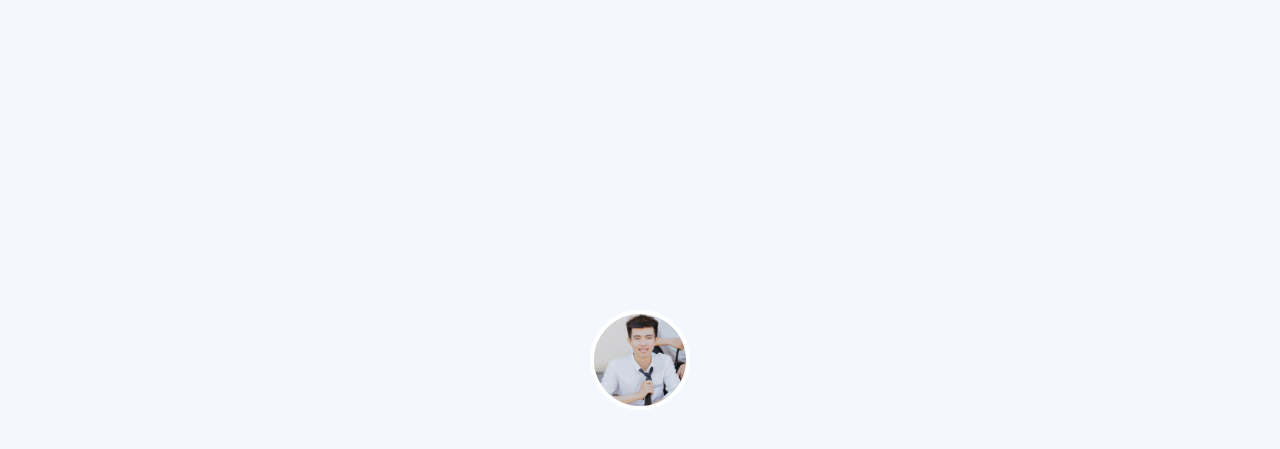
Repository: dinhhaidh/Profile
Page: index.html
These files come from the project's save history. The page is drawn as it stood at one moment and after a run of saves; the edit follows.
The browser window is 1280 px wide. The pictures show the whole page.
Some web libraries are served in a nearby version.

Above is the page before, as saved 2024-02-29 08:51:00.

### index.html
<!DOCTYPE html>
<html lang="en">
<head>
    <meta charset="UTF-8">
    <meta name="viewport" content="width=device-width, initial-scale=1.0">

    <!--=============== REMIXICONS ===============-->
    <link rel="stylesheet" href="https://cdnjs.cloudflare.com/ajax/libs/remixicon/4.0.1/remixicon.css">

    <!--=============== CSS ===============-->
    <link rel="stylesheet" href="style.css">

    <title>Profile card with tooltip</title>
</head>
<body>
    <div class="container">
        <article class="card__article">
            <div class="card__profile">
                <img src="./img/img.jpg" alt="image" class="card__profile-img">
            </div>


        </article>
    </div>
</body>
</html>

### style.css
/*=============== GOOGLE FONTS ===============*/
@import url("https://fonts.googleapis.com/css2?family=Syne:wght@400;500;600&display=swap");

/*=============== VARIABLES CSS ===============*/
:root {
    /*========== Colors ==========*/
    /*Color mode HSL(hue, saturation, lightness)*/
    --first-color: hsl(230, 100%, 50%);
    --second-color: hsl(150, 100%, 38%);
    --title-color: hsl(230, 24%, 12%);
    --text-color: hsl(230, 4%, 60%);
    --gray-color: hsl(230, 24%, 88%);
    --border-color: hsl(230, 4%, 92%);
    --body-color: hsl(230, 100%, 98%);
    --container-color: hsl(0, 0%, 100%);

    /*========== Font and typography ==========*/
    /*.5rem = 8px | 1rem = 16px ...*/
    --body-font: "Syne", sans-serif;
    --h2-font-size: 1.25rem;
    --normal-font-size: 1rem;
}

/*=============== BASE ===============*/
* {
    box-sizing: border-box;
    padding: 0;
    margin: 0;
}

body {
    font-family: var(--body-font);
    font-size: var(--normal-font-size);
    background-color: var(--body-color);
    color: var(--text-color);
}

a {
    text-decoration: none;
}

img {
    display: block;
    max-width: 100%;
    height: auto;
}

/*=============== CARD ===============*/
.container{
    height: 100vh;
    display: grid;
    place-items: center;
    margin-inline: 1.5rem;
    padding-block: 7rem;
}
.card__article{
    position: relative;
    align-items: flex-end;
    display: flex;
    justify-content: center;
}
.card__profile{
    width: 100px;
    height: 100px;
    background-color: var(--gray-color);
    border-radius: 50%;
    overflow: hidden;
    display:flex;
    align-items: flex-end;
    justify-content: center;
    border: 4px solid var(--container-color);
    z-index: 5;
}
.card__profile-img{
    width: 95px;
}

/* Scale profile image */


/* Show tooltip card */


/*=============== BREAKPOINTS ===============*/
/* For medium devices */

After the next 3 saves:
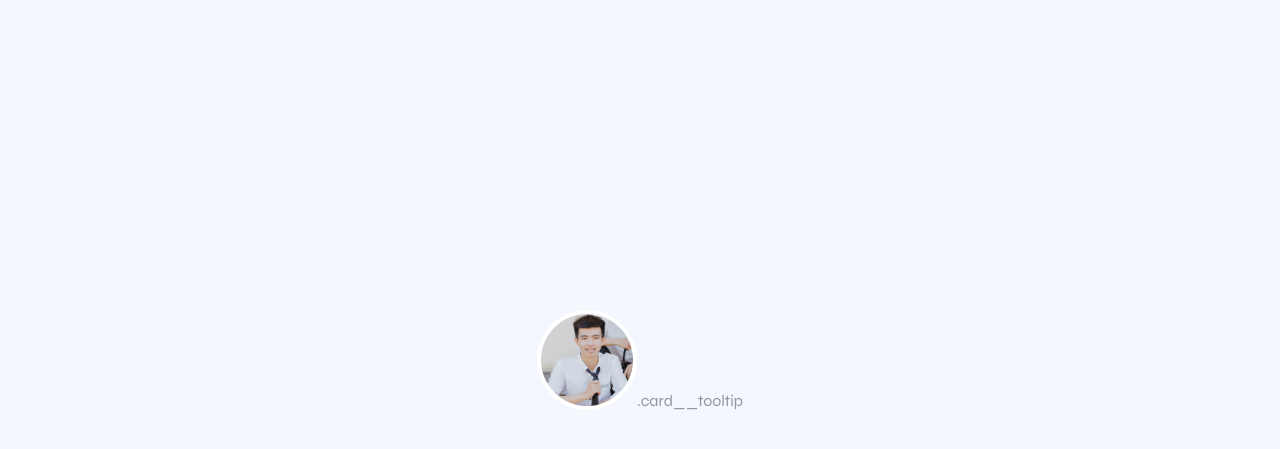
The 3 saves are shown as one change because they came seconds apart.
The last was saved 13 s later.
--- a/index.html
+++ b/index.html
@@ -19,7 +19,7 @@
                 <img src="./img/img.jpg" alt="image" class="card__profile-img">
             </div>
 
-
+            .card__tooltip
         </article>
     </div>
 </body>

After the save that followed:
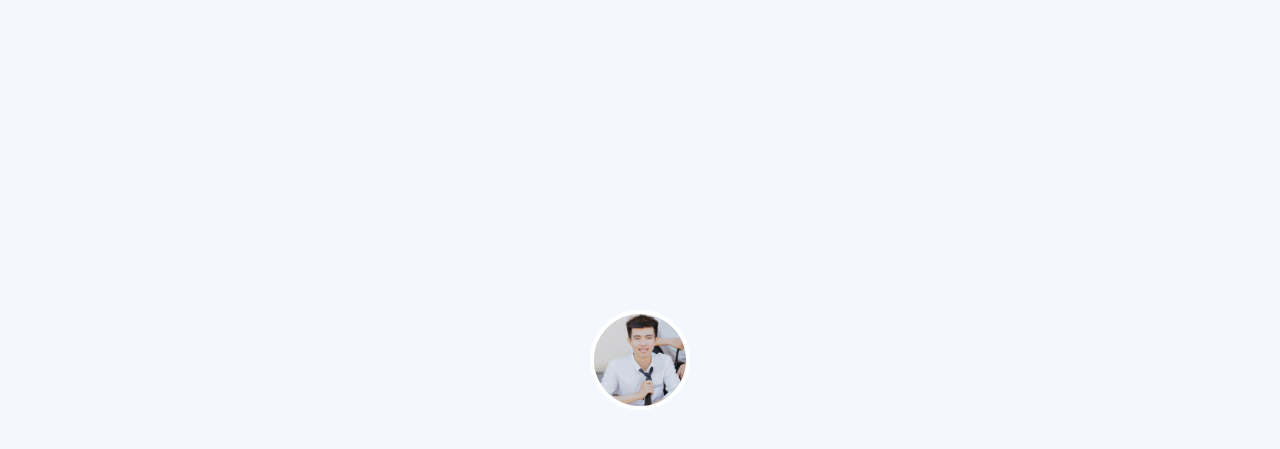
Saved 4 s later.
--- a/index.html
+++ b/index.html
@@ -19,7 +19,9 @@
                 <img src="./img/img.jpg" alt="image" class="card__profile-img">
             </div>
 
-            .card__tooltip
+            <div class="card__tooltip">
+
+            </div>
         </article>
     </div>
 </body>
